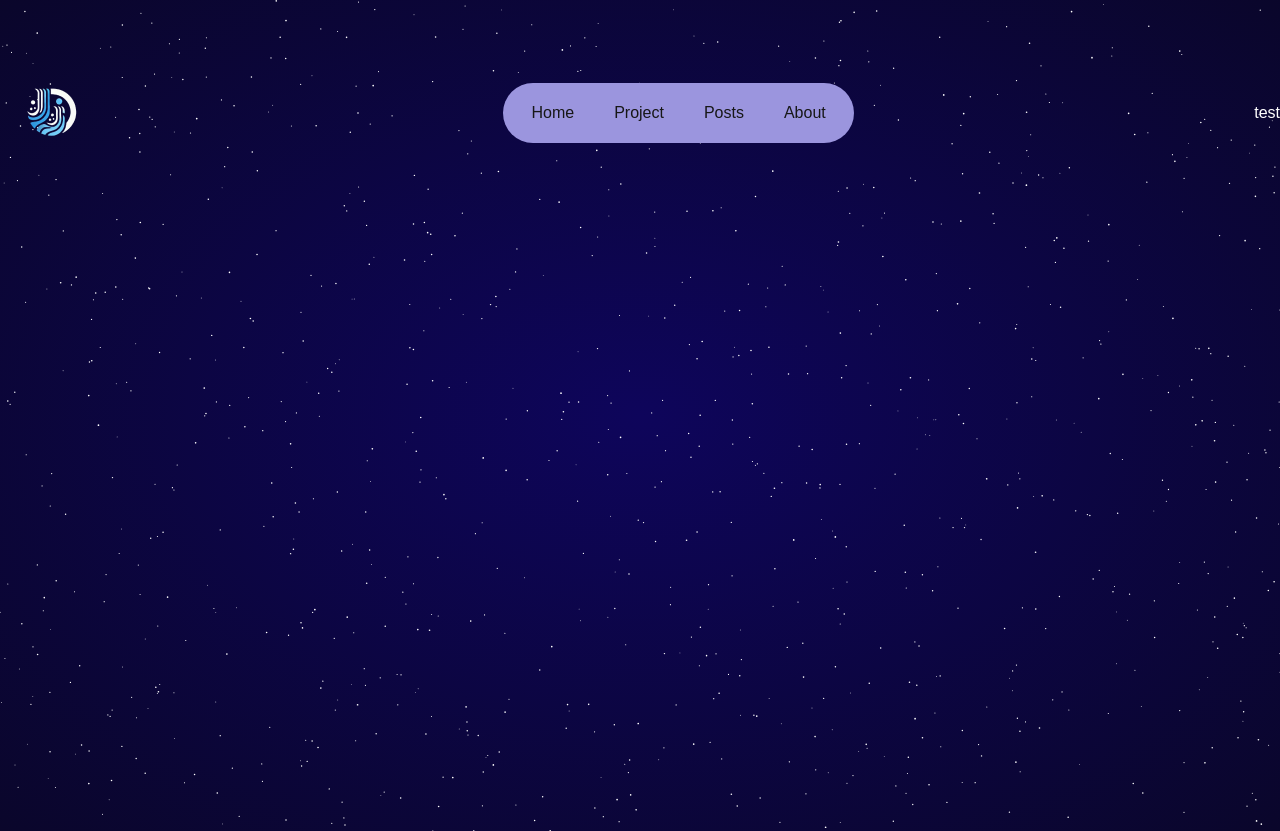
Repository: david-william19/david-william
Page: /
An editor plug-in stored every save of this project. The page is shown before and after the next save, followed by the edit.
The browser window is 1280 px wide. The pictures show the whole page.
The project was rebuilt for these pictures with package versions that can differ from the ones it lists, and the page was loaded fresh each time. The framework's server and built-in components were replaced by stand-ins that run in the browser. Also part of the build but not shown: next.config.js, next.config.ts, vite.config.ts.

Above is the page before, as saved 2024-10-26 22:50:59.

### src/app/layout.tsx
import type { Metadata } from "next";
import localFont from "next/font/local";
import "./globals.css";
import Image from "next/image";
import NavbarComponent from "@/components/navbar";

const geistSans = localFont({
  src: "./fonts/GeistVF.woff",
  variable: "--font-geist-sans",
  weight: "100 900",
});
const geistMono = localFont({
  src: "./fonts/GeistMonoVF.woff",
  variable: "--font-geist-mono",
  weight: "100 900",
});

export const metadata: Metadata = {
  title: "Create Next App",
  description: "Generated by create next app",
};

export default function RootLayout({
  children,
}: Readonly<{
  children: React.ReactNode;
}>) {
  return (
    <html lang="en">
      <body
        className={`${geistSans.variable} ${geistMono.variable} antialiased`}
      >
        <div className="w-full min-h-screen bg-radial-space">
          <NavbarComponent />
            <Image
                className="w-full"
                src={"/images/stars.svg"}
                alt="stars"
                width={1920}
                height={1080}
            />
            {children}
        </div>
      </body>
    </html>
  );
}

### src/app/(home)/layout.tsx
import type { Metadata } from "next";
import "./globals.css";
import NavbarComponent from "@/components/navbar";
import { Open_Sans } from "next/font/google";
import localFont from "next/font/local";
import ReactQueryProvider from "@/providers/ReactQueryProvider";
import SmoothScrollProvider from "@/providers/SmoothScrollProvider";
import React from "react";

export const metadata: Metadata = {
  title: "David's Portfolio",
  description: "front end developer who loves to code",
};

const openSans = Open_Sans({
  subsets: ['latin'],
  variable: "--font-sans"
})

const thunderFont = localFont({
  src: [
    {
      path: "./fonts/Thunder-ExtraBoldLC.woff",
      weight: "800",
      style: "normal",
    },
    {
      path: "./fonts/Thunder-LC.woff",
      weight: "400",
      style: "normal",
    },
    {
      path: "./fonts/Thunder-LightLC.woff",
      weight: "300",
      style: "normal",
    },
    {
      path: "./fonts/Thunder-MediumLC.woff",
      weight: "500",
      style: "normal",
    },
    {
      path: "./fonts/Thunder-SemiBoldLC.woff",
      weight: "600",
      style: "normal",
    }
  ],
  variable: "--font-thunder"
})

export default function RootLayout({
  children,
}: Readonly<{
  children: React.ReactNode;
}>) {
  return (
    <html lang="en">
      <head>
        <link rel="icon" href="/favicon.ico" sizes="any" />
      </head>
      <body
        className={`${openSans.variable} ${thunderFont.variable} antialiased`}
      >
        <div className="w-full bg-[#07131c] h-screen">
          <ReactQueryProvider>
            <SmoothScrollProvider>
            <React.Fragment>
            <NavbarComponent />
            {children}
            </React.Fragment>
            </SmoothScrollProvider>
          </ReactQueryProvider>
        </div>
      </body>
    </html>
  );
}

### src/app/(home)/(page)/page.tsx

export default function Page() {
    return (
        <div>
            Hello world
        </div>
    );
}

### src/components/navbar/index.tsx
import Image from "next/image";

export default function NavbarComponent() {
    return (
        <nav className="w-full lg:pt-[61px] flex justify-between items-center fixed">
            <Image
                alt="logo-david"
                src={"/images/logo-david.png"}
                width={103}
                height={103}
            />

            <ul className="rounded-full p-[8px] bg-[#9B95DE] flex h-fit list-none">
                <li className="px-5 py-2.5">
                    Home
                </li>
                <li className="px-5 py-2.5">
                    Project
                </li>
                <li className="px-5 py-2.5">
                    Posts
                </li>
                <li className="px-5 py-2.5">
                    About
                </li>
            </ul>

            <p className="text-white">
                test
            </p>
        </nav>
    )
}

### src/providers/ReactQueryProvider.tsx
"use client";

import { QueryClientProvider, QueryClient } from "react-query";
import { useState } from "react";

const ReactQueryProvider = ({ children }: { children: React.ReactNode }) => {
  const [queryClient] = useState(() => new QueryClient());

  return (
    <QueryClientProvider client={queryClient}>{children}</QueryClientProvider>
  );
};

export default ReactQueryProvider;

### src/providers/SmoothScrollProvider.tsx
import {ReactLenis} from "lenis/react"
import React from "react"

export default function SmoothScrollProvider({children} : {children: React.ReactElement})  {

    return (
        <ReactLenis root>
            {children}
        </ReactLenis>
    )
}

### tailwind.config.ts
import type { Config } from "tailwindcss";

const config: Config = {
  content: [
    "./src/pages/**/*.{js,ts,jsx,tsx,mdx}",
    "./src/components/**/*.{js,ts,jsx,tsx,mdx}",
    "./src/app/**/*.{js,ts,jsx,tsx,mdx}",
  ],
  theme: {
    extend: {
      colors: {
        background: "var(--background)",
        foreground: "var(--foreground)",
      },
      backgroundImage: {
        "radial-space": "radial-gradient(#0E055B 0%, #0A062B 100%)",
      },
    },
  },
  plugins: [],
};
export default config;

Loaded but not shown: src/app/globals.css (common file)

After the next save:
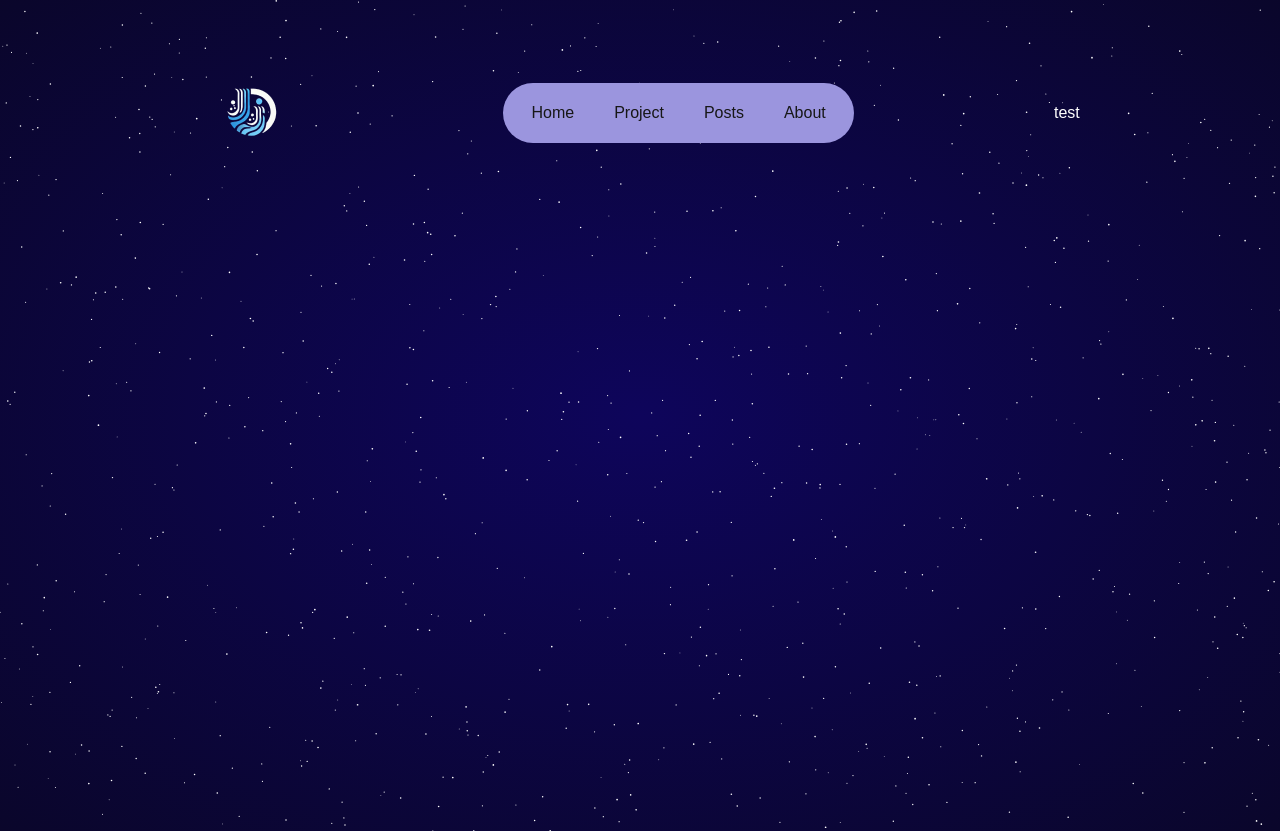
Saved 12 s later.
--- a/src/components/navbar/index.tsx
+++ b/src/components/navbar/index.tsx
@@ -2,7 +2,7 @@ import Image from "next/image";
 
 export default function NavbarComponent() {
     return (
-        <nav className="w-full lg:pt-[61px] flex justify-between items-center fixed">
+        <nav className="w-full lg:pt-[61px] flex justify-evenly items-center fixed">
             <Image
                 alt="logo-david"
                 src={"/images/logo-david.png"}
